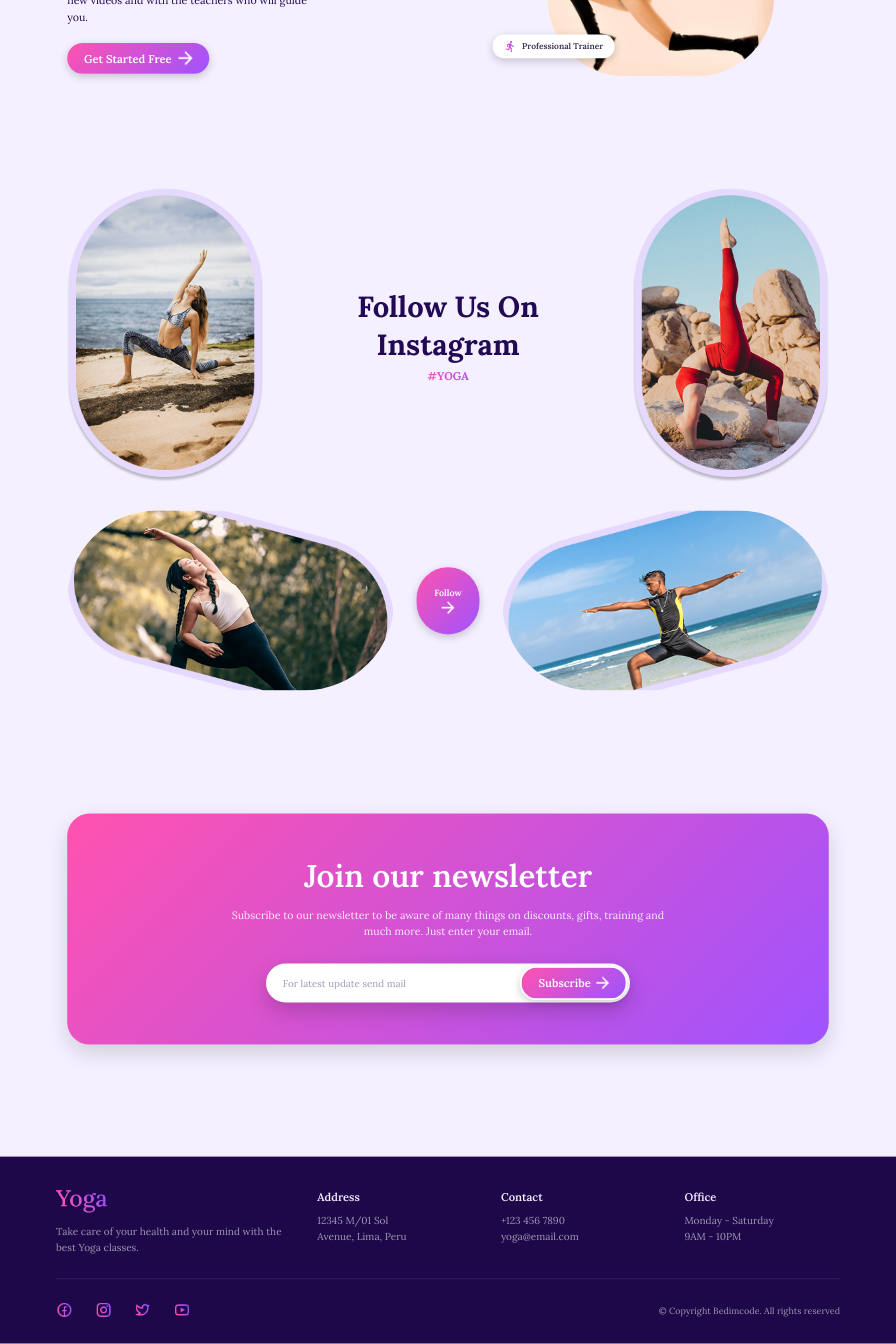
Repository: EunsuhJeon/responsive-yoga-website
Page: index.html
These files come from the project's save history. The page is drawn as it stood at one moment and after the next save; the edit follows.
The browser window is 1280 px wide. The pictures show the part of the page from y = 865 to 2785 px (the page is 2785 px tall), at 70% of full size.

Above is the page before, as saved 2025-11-26 01:42:27.

### index.html
<!DOCTYPE html>
<html lang="en">
<head>
    <meta charset="UTF-8">
    <meta name="viewport" content="width=device-width, initial-scale=1.0">
    <title>Yoga website</title>
    <link rel="stylesheet" href="./main.css">
    <link rel="preconnect" href="https://fonts.googleapis.com">
    <link rel="preconnect" href="https://fonts.gstatic.com" crossorigin>
    <link href="https://fonts.googleapis.com/css2?family=Lora:ital,wght@0,400..700;1,400..700&display=swap" rel="stylesheet">
</head>
<body>
    <header>
        <img src="./assets/logos/logo.png" alt="logo">
        <nav>
            <ul>
                <li>Home</li>
                <li>Services1</li>
                <li>Services2</li>
                <li>Contact</li>
            </ul>
        </nav>
        <a href="#"></a>
    </header>
    <main>
        <!-- Jade - start -->
        <section id="section-hero">
            <h1>Choose Your Best Yoga Teacher</h1>
            <p>Calm your mind and body with the best yoga teachers available, relax your day and stay positive.</p>
            <input class="btn" type="button" value="Get Started Free">
            <div>
                <div>300+</div>
                <p>Yoga Class</p>
            </div>
            <div>
                <div>40+</div>
                <p>Participants</p>
            </div>
        </section>
        <section id="section-influencers">
            <h2>#01</h2>
            <img src="" alt="">
            <p>Get a list of specific influencers in your niche at your fingertips so you can focus on managing your status.</p>
            <a href="#">Next</a>
        </section>
        <section id="section-wellness-cta">
            <img src="" alt="">
            <h2>Bring Happiness To Good Health!</h2>
            <p>If you take care of your good health, take care of your mentality and lead a healthy life with positive thoughts every day.</p>
            <input class="btn" type="button" value="Let's Start">
        </section>
        <!-- Jade - end -->


        <!-- Andrea - start -->
        <section class="section-4-place">
            <div class="section-4-place-content">
                <h1 class="section-4-title">
                    Anytime, Any<br>
                    Place, Any<br>
                    Workout
                </h1>
                <p class="section-4-text">
                    Take your routine at any time of your day, with the new
                    videos and with the teachers who will guide you.
                </p>
                <button class="btn btn-primary">
                    Get Started Free
                    <img
                        class="btn-icon"
                        src="./assets/icons/p2-s1-button-pink-Arrow.png"
                        alt="Arrow icon">
                </button>
            </div>

            <div class="section-4-place-media">
                <div class="section-4-place-images">
                    <img
                        class="section-4-place-img section-4-place-img-top"
                        src="./assets/images/b2-s1-routine-yoga-1.png"
                        alt="Yoga routine 1">
                    <img
                        class="section-4-place-img section-4-place-img-bottom"
                        src="./assets/images/b2-s1-routine-yoga-2.png"
                        alt="Yoga routine 2">
                </div>

                <button class="pill-btn pill-btn-top">
                    <img
                        class="pill-icon"
                        src="./assets/icons/p2-s1-button-white-ri_play.svg"
                        alt="Play icon">
                    High Quality Video
                </button>

                <button class="pill-btn pill-btn-bottom">
                    <img
                        class="pill-icon"
                        src="./assets/icons/p2-s1-button-white-person.svg"
                        alt="Person icon">
                    Professional Trainer
                </button>
            </div>
        </section>

        <!-- Seccion 5 - Follow -->
        <section class="seccion-5-follow">

        <!-- fila superior -->
        <div class="seccion-5-top">
            <img
            class="seccion-5-img seccion-5-img-tl"
            src="./assets/images/b2-s2-follow-yoga-1.png"
            alt="Yoga pose top-left">

            <div class="seccion-5-text">
            <h2 class="seccion-5-title">
                Follow Us On<br>Instagram
            </h2>
            <p class="seccion-5-hashtag">
                <span class="gradient-text">#YOGA</span>
            </p>
            </div>

            <img
            class="seccion-5-img seccion-5-img-tr"
            src="./assets/images/b2-s2-follow-yoga-2.png"
            alt="Yoga pose top-right">
        </div>

        <!-- fila inferior -->
        <div class="seccion-5-bottom">

            <img
            class="seccion-5-img seccion-5-img-bl"
            src="./assets/images/b2-s2-follow-yoga-3.png"
            alt="Yoga pose bottom-left">

            <button class="btn btn-circle">
            <span>Follow</span>
            <img
                class="btn-icon"
                src="./assets/icons/p2-s1-button-pink-Arrow.png"
                alt="Arrow icon">
            </button>

            <img
            class="seccion-5-img seccion-5-img-br"
            src="./assets/images/b2-s2-follow-yoga-4.png"
            alt="Yoga pose bottom-right">
        </div>
        </section>

        <!-- Seccion 6 - Newsletter -->
        <section class="seccion-6-newsletter">

        <div class="newsletter-box">

            <h2 class="newsletter-title">Join our newsletter</h2>

            <p class="newsletter-subtitle">
            Subscribe to our newsletter to be aware of many things on discounts, gifts,
            training and much more. Just enter your email.
            </p>

            <div class="newsletter-form">
            <div class="newsletter-input-wrapper">

                <input
                type="email"
                class="newsletter-input"
                placeholder="For latest update send mail">

                <button class="btn newsletter-btn">
                Subscribe
                <img
                    class="btn-icon"
                    src="./assets/icons/p2-s1-button-pink-Arrow.png"
                    alt="Arrow icon">
                </button>

            </div>
            </div>

        </div>

        </section>
    </main>
    <!---------------------------------- Footer ------------------------------------>
    <footer class="site-footer">

    <div class="footer-inner">

        <!-- Columna 1: Logo + texto -->
        <div class="footer-col footer-brand">
        <img
            src="./assets/logos/logo.png"
            alt="Yoga logo"
            class="footer-logo">

        <p class="footer-description">
            Take care of your health and your mind with the best Yoga classes.
        </p>
        </div>

        <!-- Columna 2 -->
        <div class="footer-col">
        <h3 class="footer-heading">Address</h3>
        <p class="footer-text">
            12345 M/01 Sol<br>
            Avenue, Lima, Peru
        </p>
        </div>

        <!-- Columna 3 -->
        <div class="footer-col">
        <h3 class="footer-heading">Contact</h3>
        <p class="footer-text">
            +123 456 7890<br>
            yoga@email.com
        </p>
        </div>

        <!-- Columna 4 -->
        <div class="footer-col">
        <h3 class="footer-heading">Office</h3>
        <p class="footer-text">
            Monday - Saturday<br>
            9AM - 10PM
        </p>
        </div>

    </div>

    <!-- Línea divisoria -->
    <div class="footer-divider"></div>

    <!-- Redes sociales --><!-- Copyright -->
    <div class="footer-bottom-row">
    <div class="footer-social">
        <a href="#"><img src="./assets/icons/facebook-icon.png" alt="Facebook icon"></a>
        <a href="#"><img src="./assets/icons/instagram-icon.png" alt="Instagram icon"></a>
        <a href="#"><img src="./assets/icons/twitter-icon.png" alt="Twitter icon"></a>
        <a href="#"><img src="./assets/icons/youtube-icon.png" alt="YouTube icon"></a>
    </div>

    <p class="footer-copy">
        © Copyright Bedimcode. All rights reserved
    </p>
    </div>


    </footer>

    <!-- Andrea - end -->
</body>
</html>

### main.css
*{
    box-sizing: border-box;
    margin: 0;
    padding: 0;
    font-family: "Lora", serif;
    font-optical-sizing: auto;
    font-style: normal;
}

body{
    width: 100%;
    height: 100%;
}

:root {
  --btn-gradient: linear-gradient(135deg, #FF52AF, #9F53FF);
  --btn-text: #fff;
  --btn-radius: 64px;
  --btn-padding: 12px 24px;
  --btn-shadow: 0 4px 12px rgba(0, 0, 0, 0.20);
}

button,
.btn {
  background: var(--btn-gradient);
  color: var(--btn-text);
  padding: var(--btn-padding);
  border: none;
  border-radius: var(--btn-radius);
  box-shadow: var(--btn-shadow);

  font-size: 16px;
  font-weight: 600;
  cursor: pointer;
  transition: transform 0.2s ease, opacity 0.2s ease;
}

/* Hover */
button:hover,
.btn:hover {
  transform: translateY(-2px);
  opacity: 0.9;
}

/* Active (cuando se hace click) */
button:active,
.btn:active {
  transform: translateY(0);
  opacity: 0.75;
}

@media (prefers-color-scheme: light) {
  body {
    background: #F5F0FF;
    color: #220953;
  }
}

@media (prefers-color-scheme: dark) {
  body {
    background: #14092A;
    color: #D1C0F1;
  }

    /* Andrea: Section-4 pill buttons cambian a #372A51 en oscuro */
  .pill-btn {
    background: #372A51;
    color: #F5F0FF;
  }
}



/* jade - start */

/* jade - end */



/* Andrea - start */

/* ---------- Section 4 - Place ---------- */
/* ----------TIPOGRAFÍA / TEXTOS---------- */

.section-4-title {
  font-size: clamp(2.4rem, 3vw + 1.2rem, 3.4rem);
  line-height: 1.2;
  margin-bottom: 16px;
}

.section-4-text {
  font-size: 0.95rem;
  line-height: 1.6;
  max-width: 360px;
  margin-bottom: 24px;
}

/* botón principal dentro de la sección */
.btn-primary {
  display: inline-flex;
  align-items: center;
  gap: 10px;
}

.btn-icon {
  width: 20px;
  height: 20px;
}

/* ---------- SECTION-4-PLACE ---------- */

.section-4-place {
  max-width: 1120px;
  margin: 0 auto;
  padding: 80px 16px;
  display: flex;
  align-items: center;
  justify-content: space-between;
  gap: 56px;
}

.section-4-place-content {
  flex: 1;
}

.section-4-place-media {
  flex: 1;
  position: relative;
  display: flex;
  justify-content: center;
}

.section-4-place-images {
  position: relative;
  width: 360px;
  height: 360px;
}

.section-4-place-img {
  width: 100%;
  height: auto;
  border-radius: 192px;
  object-fit: cover;
}

.section-4-place-img-top {
  position: absolute;
  top: 0;
  left: 0%;
  width: 85%;
  z-index: 2;
}

.section-4-place-img-bottom {
  position: absolute;
  bottom: 0;
  right: 0%;
  width: 90%;
  z-index: 1;
}

/* ---------- BOTONES BLANCOS (PILLS) ---------- */

.pill-btn {
  position: absolute;
  display: inline-flex;
  align-items: center;
  gap: 8px;
  padding: 8px 16px;
  border-radius: 16px;
  background: #ffffff;
  color: #372A51;
  font-size: 0.75rem;
  font-weight: 600;
  box-shadow: var(--btn-shadow);
  border: none;
  z-index: 10;
}

.pill-icon {
  width: 18px;
  height: 18px;
}

.pill-btn-top {
  top: 22%;
  right: 12%;
  transform: translate(20%, -50%);
}

.pill-btn-bottom {
  bottom: 12%;
  left: 12%;
  transform: translate(-15%, 50%);
}


/* ---------- RESPONSIVE ---------- */

@media (max-width: 768px) {
  .section-4-place {
    flex-direction: column;
    text-align: center;
    padding-top: 48px;
  }

  .section-4-place-content {
    order: 1;
  }

  .section-4-place-text {
    margin-left: auto;
    margin-right: auto;
  }

  .section-4-place-media {
    order: 2;
    width: 100%;
  }

  .section-4-place-images {
    width: 280px;
    height: 280px;
  }

  .pill-btn-top {
    top: 12%;
    right: 8%;
    transform: translate(0, -50%);
  }

  .pill-btn-bottom {
    bottom: 6%;
    left: 20%;
    transform: translate(0, 50%);
  }
}

/* -------- Seccion 5 - Follow -------- */

.seccion-5-follow {
  max-width: 1120px;
  margin: 0 auto;
  padding: 80px 16px 96px;
}

/* Filas superior e inferior */
.seccion-5-top,
.seccion-5-bottom {
  display: flex;
  align-items: center;
  justify-content: space-between;
  gap: 32px;
}

.seccion-5-top {
  margin-bottom: 40px;
}

/* Texto del centro */
.seccion-5-text {
  text-align: center;
}

.seccion-5-title {
  font-size: clamp(2rem, 2.4vw + 1rem, 2.6rem);
  line-height: 1.3;
  margin-bottom: 8px;
}

.seccion-5-hashtag {
  font-size: 1rem;
}

/* Hashtag #YOGA con gradiente */
.gradient-text {
  background: var(--btn-gradient);
  -webkit-background-clip: text;
  background-clip: text;
  color: transparent;
  font-weight: 700;
}

/* Estilo base para todas las imágenes */
.seccion-5-img {
  object-fit: cover;
  border-radius: 192px;
  background: transparent;
}

/* Imágenes superiores (verticales) */
.seccion-5-img-tl,
.seccion-5-img-tr {
  width: 280px;
  height: 420px;
}

/* Imágenes inferiores (apaisadas, ya rotadas en el archivo) */
.seccion-5-img-bl,
.seccion-5-img-br {
  width: 500px;
  height: 257px;
}

/* Botón circular central */
.btn-circle {
  width: 96px;
  height: 96px;
  padding: 0;
  border-radius: 64px;
  display: flex;
  flex-direction: column;
  align-items: center;
  justify-content: center;
  gap: 4px;
  font-size: 0.8rem;
}

.btn-circle .btn-icon {
  width: 18px;
  height: 18px;
}

/* -------- Responsive -------- */

@media (max-width: 768px) {
  .seccion-5-follow {
    padding-top: 48px;
  }

  .seccion-5-top,
  .seccion-5-bottom {
    flex-direction: column;
    gap: 24px;
  }

  .seccion-5-text {
    order: 1;
  }

  .seccion-5-img-tl {
    order: 0;
  }

  .seccion-5-img-tr {
    order: 2;
  }
}

/* -------- Seccion 6 - Newsletter -------- */

.seccion-6-newsletter {
  max-width: 1120px;
  margin: 0 auto;
  padding: 80px 16px;
  display: flex;
  justify-content: center;
}

.newsletter-box {
  width: 100%;
  background: var(--btn-gradient); /* tu gradiente rosa-violeta */
  padding: 60px 40px;
  border-radius: 32px;
  text-align: center;
  color: #ffffff;
  box-shadow: 0 12px 30px rgba(0, 0, 0, 0.15);
}

.newsletter-title {
  font-size: clamp(2rem, 2.4vw + 1rem, 2.8rem);
  font-weight: 600;
  margin-bottom: 16px;
}

.newsletter-subtitle {
  max-width: 640px;
  margin: 0 auto 32px;
  font-size: 0.95rem;
  line-height: 1.6;
  opacity: 0.9;
}

/* ---------- Formulario ---------- */

.newsletter-form {
  display: flex;
  justify-content: center;
}

.newsletter-input-wrapper {
  display: flex;
  align-items: center;
  background: #ffffff;
  border-radius: 999px;
  padding: 4px;
  max-width: 520px;
  width: 100%;
  box-shadow: 0 12px 30px rgba(0, 0, 0, 0.18);
}

/* input */
.newsletter-input {
  flex: 1;
  border: none;
  outline: none;
  padding: 14px 20px;
  font-size: 14px;
  border-radius: 999px;
  background: transparent;
  color: #333;
}

.newsletter-input::placeholder {
  color: #9b9bb5;
}

/* botón */
.newsletter-btn {
  display: inline-flex;
  align-items: center;
  gap: 8px;
  padding: 12px 24px;
  border-radius: 999px;
  background: var(--btn-gradient);
  color: var(--btn-text);
  border: 2px solid #ffffff;
  box-shadow: var(--btn-shadow);
  flex-shrink: 0;
}

.newsletter-btn .btn-icon {
  width: 18px;
  height: 18px;
}

/* ---------- Responsive ---------- */

@media (max-width: 768px) {

  .newsletter-box {
    padding: 48px 24px;
  }

  .newsletter-input-wrapper {
    flex-direction: column;
    align-items: stretch;
    gap: 10px;
    padding: 16px;
  }

  .newsletter-btn {
    width: 100%;
    justify-content: center;
  }
}

/* ------------------------------------ Footer ----------------------------------- */

.site-footer {
  margin-top: 80px;
  padding: 48px 16px 32px;
  color: #F5E9FF;
  background: #1E0849; /* Light mode */
}

/* GRID principal: logo + Address + Contact + Office */
.footer-inner {
  max-width: 1120px;
  margin: 0 auto 32px;
  display: grid;
  grid-template-columns: 1.5fr 1fr 1fr 1fr;
  gap: 40px;
  align-items: start; /* alinea logo y headings en la misma altura */
}

/* Columna marca (logo + texto) */
.footer-logo {
  height: 32px;
  margin-bottom: 16px;
  display: block;
}

.footer-description {
  font-size: 0.9rem;
  line-height: 1.6;
  margin: 0;
}

/* Headings de columnas (Address, Contact, Office) */
.footer-heading {
  font-size: 1rem;
  font-weight: 600;
  margin-bottom: 12px;
}

/* Textos de columnas */
.footer-text {
  font-size: 0.9rem;
  line-height: 1.6;
  margin: 0;
}

/* Color para TODOS los textos secundarios:
   "Take care...", "12345 M/01...", "+123...", "Monday...", y el copyright */
.footer-description,
.footer-text,
.footer-copy {
  color: #A197B4;
}

/* Línea divisoria */
.footer-divider {
  max-width: 1120px;
  margin: 0 auto 16px;
  height: 1px;
  background: #3A226B;
}

/* Fila inferior: redes sociales (izquierda) + copyright (derecha) */
.footer-bottom-row {
  max-width: 1120px;
  margin: 0 auto;
  padding-top: 16px;
  display: flex;
  justify-content: space-between;
  align-items: center; /* alinea íconos y texto en la misma altura */
}

/* Redes sociales */
.footer-social {
  display: flex;
  gap: 32px; /* spacing 32px entre iconos */
}

.footer-social img {
  width: 24px;
  height: 24px;
}

/* Copyright */
.footer-copy {
  font-size: 0.8rem;
  margin: 0;
}

/* -------- Footer responsive -------- */

@media (max-width: 900px) {
  .footer-inner {
    grid-template-columns: 1fr 1fr;
    row-gap: 32px;
  }
}

@media (max-width: 600px) {
  .footer-inner {
    grid-template-columns: 1fr;
  }

  .footer-bottom-row {
    flex-direction: column;
    gap: 16px;
    align-items: flex-start;
  }
}

/* -------- Footer dark mode -------- */

@media (prefers-color-scheme: dark) {
  .site-footer {
    background: #14092A; /* Dark mode */
  }
}


/* Andrea - end */

After the next save:
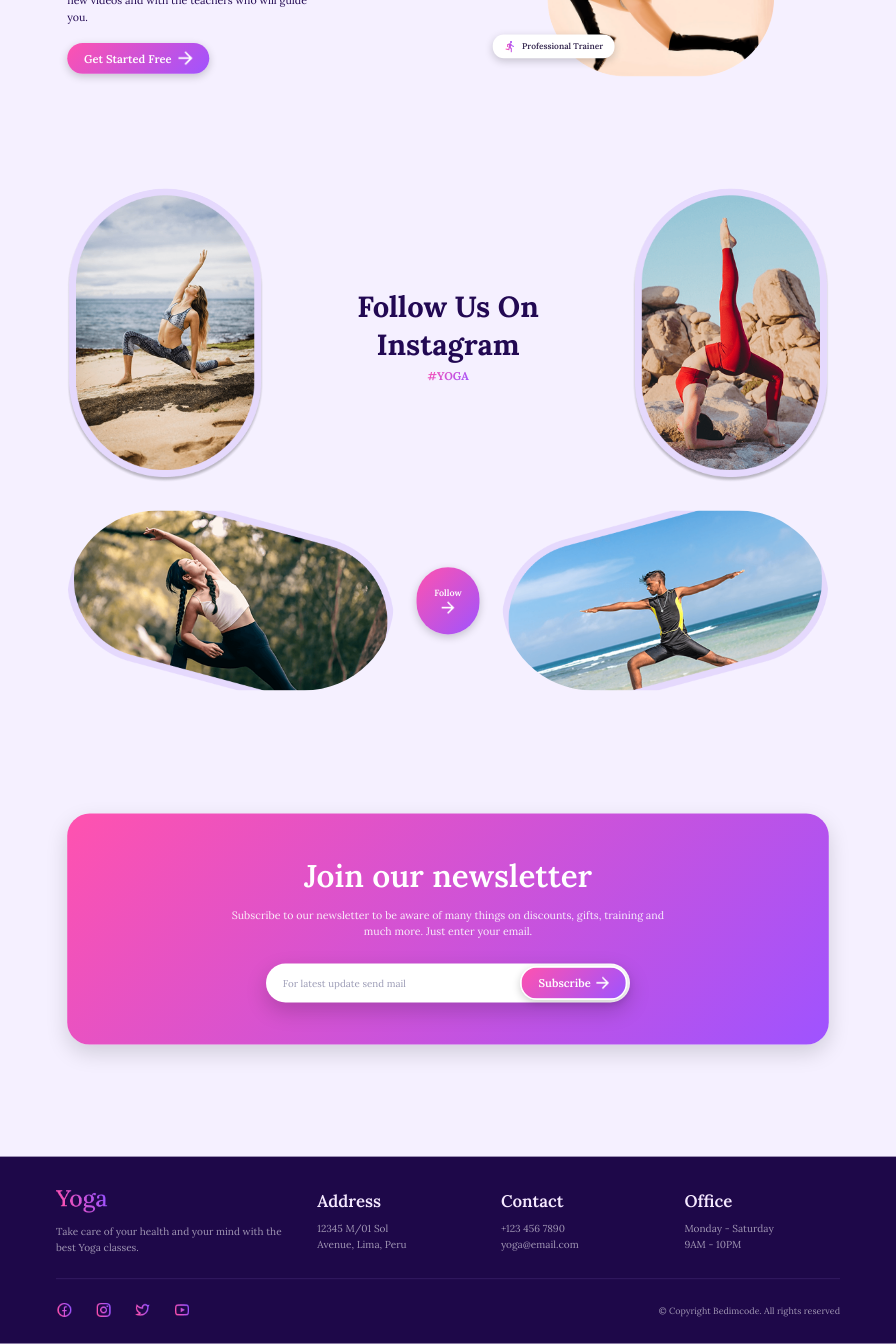
Saved 2 min 0 s later.
--- a/main.css
+++ b/main.css
@@ -489,9 +489,11 @@ button:active,
 
 /* Headings de columnas (Address, Contact, Office) */
 .footer-heading {
-  font-size: 1rem;
+  font-family: "Lora", serif;
+  font-size: 24px;
   font-weight: 600;
   margin-bottom: 12px;
+  color: #F5E9FF;
 }
 
 /* Textos de columnas */
